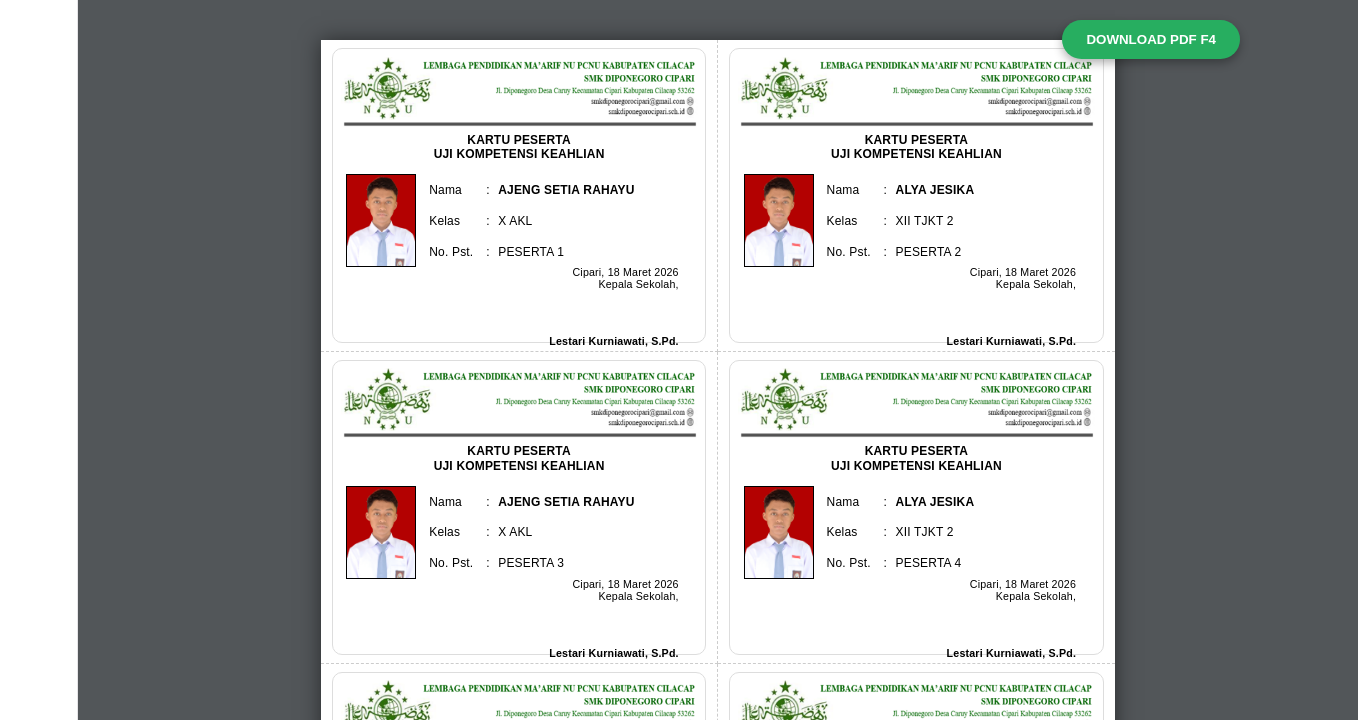
Repository: UsmanAzizz/generator-kartu-tes
Page: /
An editor plug-in stored every save of this project. The page is shown before and after the next save, followed by the edit.
The browser window is 1280 px wide. The page is 1358 px wide, then 1280 px, so the pictures cover 1358 px, including what lies to the right of the window. The pictures show the whole page.
An inner scrolling area shows only its first screen. The project was rebuilt for these pictures with package versions that can differ from the ones it lists, and the page was loaded fresh each time. Also part of the build but not shown: vite.config.js.

Above is the page before, as saved 2026-03-18 16:32:09.

### index.html
<!doctype html>
<html lang="en">
  <head>
    <meta charset="UTF-8" />
    <link rel="icon" type="image/svg+xml" href="/favicon.svg" />
    <meta name="viewport" content="width=device-width, initial-scale=1.0" />
    <title>generator-kartu</title>
  </head>
  <body>
    <div id="root"></div>
    <script type="module" src="/src/main.jsx"></script>
  </body>
</html>

### src/index.css
:root {
  --text: #6b6375;
  --text-h: #08060d;
  --bg: #fff;
  --border: #e5e4e7;
  --code-bg: #f4f3ec;
  --accent: #aa3bff;
  --accent-bg: rgba(170, 59, 255, 0.1);
  --accent-border: rgba(170, 59, 255, 0.5);
  --social-bg: rgba(244, 243, 236, 0.5);
  --shadow:
    rgba(0, 0, 0, 0.1) 0 10px 15px -3px, rgba(0, 0, 0, 0.05) 0 4px 6px -2px;

  --sans: system-ui, 'Segoe UI', Roboto, sans-serif;
  --heading: system-ui, 'Segoe UI', Roboto, sans-serif;
  --mono: ui-monospace, Consolas, monospace;

  font: 18px/145% var(--sans);
  letter-spacing: 0.18px;
  color-scheme: light dark;
  color: var(--text);
  background: var(--bg);
  font-synthesis: none;
  text-rendering: optimizeLegibility;
  -webkit-font-smoothing: antialiased;
  -moz-osx-font-smoothing: grayscale;

  @media (max-width: 1024px) {
    font-size: 16px;
  }
}

@media (prefers-color-scheme: dark) {
  :root {
    --text: #9ca3af;
    --text-h: #f3f4f6;
    --bg: #16171d;
    --border: #2e303a;
    --code-bg: #1f2028;
    --accent: #c084fc;
    --accent-bg: rgba(192, 132, 252, 0.15);
    --accent-border: rgba(192, 132, 252, 0.5);
    --social-bg: rgba(47, 48, 58, 0.5);
    --shadow:
      rgba(0, 0, 0, 0.4) 0 10px 15px -3px, rgba(0, 0, 0, 0.25) 0 4px 6px -2px;
  }

  #social .button-icon {
    filter: invert(1) brightness(2);
  }
}

body {
  margin: 0;
}

#root {
  width: 1126px;
  max-width: 100%;
  margin: 0 auto;
  text-align: center;
  border-inline: 1px solid var(--border);
  min-height: 100svh;
  display: flex;
  flex-direction: column;
  box-sizing: border-box;
}

h1,
h2 {
  font-family: var(--heading);
  font-weight: 500;
  color: var(--text-h);
}

h1 {
  font-size: 56px;
  letter-spacing: -1.68px;
  margin: 32px 0;
  @media (max-width: 1024px) {
    font-size: 36px;
    margin: 20px 0;
  }
}
h2 {
  font-size: 24px;
  line-height: 118%;
  letter-spacing: -0.24px;
  margin: 0 0 8px;
  @media (max-width: 1024px) {
    font-size: 20px;
  }
}
p {
  margin: 0;
}

code,
.counter {
  font-family: var(--mono);
  display: inline-flex;
  border-radius: 4px;
  color: var(--text-h);
}

code {
  font-size: 15px;
  line-height: 135%;
  padding: 4px 8px;
  background: var(--code-bg);
}

### src/App.jsx
import { useState, useRef } from 'react';
import jsPDF from 'jspdf';
import html2canvas from 'html2canvas';

// Pastikan file ini ada di folder src Anda
import kopImage from './image.png';
import dummyFoto from './aji.jpg';

function App() {
  const [students] = useState(Array.from({ length: 16 }, (_, i) => ({
    id: i + 1,
    nama: i % 2 === 0 ? "AJENG SETIA RAHAYU" : "ALYA JESIKA",
    kelas: i % 2 === 0 ? "X AKL" : "XII TJKT 2",
    username: `PESERTA ${i + 1}`,
    noPst: `2025/UKK/${100 + i}`,
    foto: dummyFoto
  })));

  const contentRef = useRef(null);

  const downloadPDF = async () => {
    const element = contentRef.current;
    // Ukuran F4 dalam mm: 210 x 330
    const pdf = new jsPDF('p', 'mm', [210, 330]);

    const pages = element.querySelectorAll('.page-break');

    for (let i = 0; i < pages.length; i++) {
      const canvas = await html2canvas(pages[i], {
        scale: 3,
        useCORS: true,
        logging: false
      });
      const imgData = canvas.toDataURL('image/png');
      if (i > 0) pdf.addPage('p', 'mm', [210, 330]);
      pdf.addImage(imgData, 'PNG', 0, 0, 210, 330);
    }
    pdf.save("kartu-peserta-ukk-f4.pdf");
  };

  const styles = {
    // Wrapper dikunci agar tidak ada scroll body
    wrapper: {
      backgroundColor: '#525659',
      height: '100vh',
      width: '100vw',
      fontFamily: 'Arial, sans-serif',
      overflow: 'hidden', // Menghilangkan scrollbar utama
      display: 'flex',
      flexDirection: 'column'
    },
    // Area scroll internal agar user bisa melihat kartu tanpa scrollbar browser
    scrollContainer: {
      flex: 1,
      overflowY: 'auto', // Scroll hanya di sini
      padding: '40px 0'
    },
    page: {
      width: '210mm',
      height: '330mm',
      backgroundColor: 'white',
      margin: '0 auto 40px auto',
      display: 'grid',
      gridTemplateColumns: 'repeat(2, 1fr)',
      gridTemplateRows: 'repeat(4, 1fr)',
      boxSizing: 'border-box',
      boxShadow: '0 0 20px rgba(0,0,0,0.5)',
      overflow: 'hidden',
    },
    cardSlot: (index) => ({
      display: 'flex',
      alignItems: 'center',
      justifyContent: 'center',
      boxSizing: 'border-box',
      height: '100%',
      width: '100%',
      // Garis putus-putus bantu potong
      borderRight: (index % 2 === 0) ? '0.5mm dashed #ccc' : 'none',
      borderBottom: (index < 6) ? '0.5mm dashed #ccc' : 'none',
    }),
    card: {
      width: '99mm',
      height: '78mm',
      backgroundColor: 'white',
      border: '1px solid #ddd',
      borderRadius: '10px',
      padding: '2mm',
      boxSizing: 'border-box',
      display: 'flex',
      flexDirection: 'column',
      position: 'relative',
    },
    headerKop: { width: '100%', height: '70px', marginBottom: '6px' },
    titleSection: { textAlign: 'center', marginBottom: '8px' },
    titleText: { fontSize: '9pt', fontWeight: 'bold', margin: '0', lineHeight: '1.2', color: '#000' },
    mainContent: { display: 'flex', gap: '12px', marginTop: '5px' },
    fotoWrapper: {
      width: '18mm',
      height: '24mm',
      flexShrink: 0,
      border: '1px solid #000',
      overflow: 'hidden',
      marginLeft: '1.5mm'
    },
    infoTable: {
      fontSize: '9pt',
      width: '100%',
      textAlign: 'left',
      borderCollapse: 'collapse',
      color: '#000'
    },
    footerArea: {
      marginTop: 'auto',
      textAlign: 'right',
      paddingRight: '5mm',
      fontSize: '8pt',
      lineHeight: '1.1',
      color: '#000'
    },
    signature: { fontWeight: 'bold', marginTop: '12mm' },
    btnDownload: {
      position: 'fixed', top: '20px', right: '40px', padding: '12px 24px',
      backgroundColor: '#27ae60', color: 'white', border: 'none', borderRadius: '30px',
      cursor: 'pointer', fontWeight: 'bold', zIndex: 1000, boxShadow: '0 4px 10px rgba(0,0,0,0.3)'
    }
  };

  const chunkData = (arr, size) => {
    return Array.from({ length: Math.ceil(arr.length / size) }, (v, i) =>
      arr.slice(i * size, i * size + size)
    );
  };

  const pages = chunkData(students, 8); // 8 kartu per halaman F4 (2x4)

  return (
    <div style={styles.wrapper}>
      <button style={styles.btnDownload} onClick={downloadPDF}>
        DOWNLOAD PDF F4
      </button>

      <div style={styles.scrollContainer}>
        <div ref={contentRef}>
          {pages.map((pageStudents, pageIdx) => (
            <div key={pageIdx} className="page-break" style={styles.page}>
              {pageStudents.map((std, index) => (
                <div key={std.id} style={styles.cardSlot(index)}>
                  <div style={styles.card}>
                    <img src={kopImage} alt="KOP" style={styles.headerKop} />

                    <div style={styles.titleSection}>
                      <p style={styles.titleText}>KARTU PESERTA</p>
                      <p style={styles.titleText}>UJI KOMPETENSI KEAHLIAN</p>
                    </div>

                    <div style={styles.mainContent}>
                      <div style={styles.fotoWrapper}>
                        <img
                          src={std.foto}
                          alt="User"
                          style={{width: '100%', height: '100%', objectFit: 'cover'}}
                        />
                      </div>
                      <table style={styles.infoTable}>
                        <tbody>
                          <tr><td width="55">Nama</td><td width="10">:</td><td><strong>{std.nama}</strong></td></tr>
                          <tr><td>Kelas</td><td>:</td><td>{std.kelas}</td></tr>
                          <tr><td>No. Pst.</td><td>:</td><td>{std.username}</td></tr>
                        </tbody>
                      </table>
                    </div>

                    <div style={styles.footerArea}>
                      <div>Cipari, 18 Maret 2026</div>
                      <div>Kepala Sekolah,</div>
                      <div style={styles.signature}>Lestari Kurniawati, S.Pd.</div>
                    </div>
                  </div>
                </div>
              ))}
            </div>
          ))}
        </div>
      </div>
    </div>
  );
}

export default App;

Loaded but not shown: src/main.jsx (common file)

After the next save:
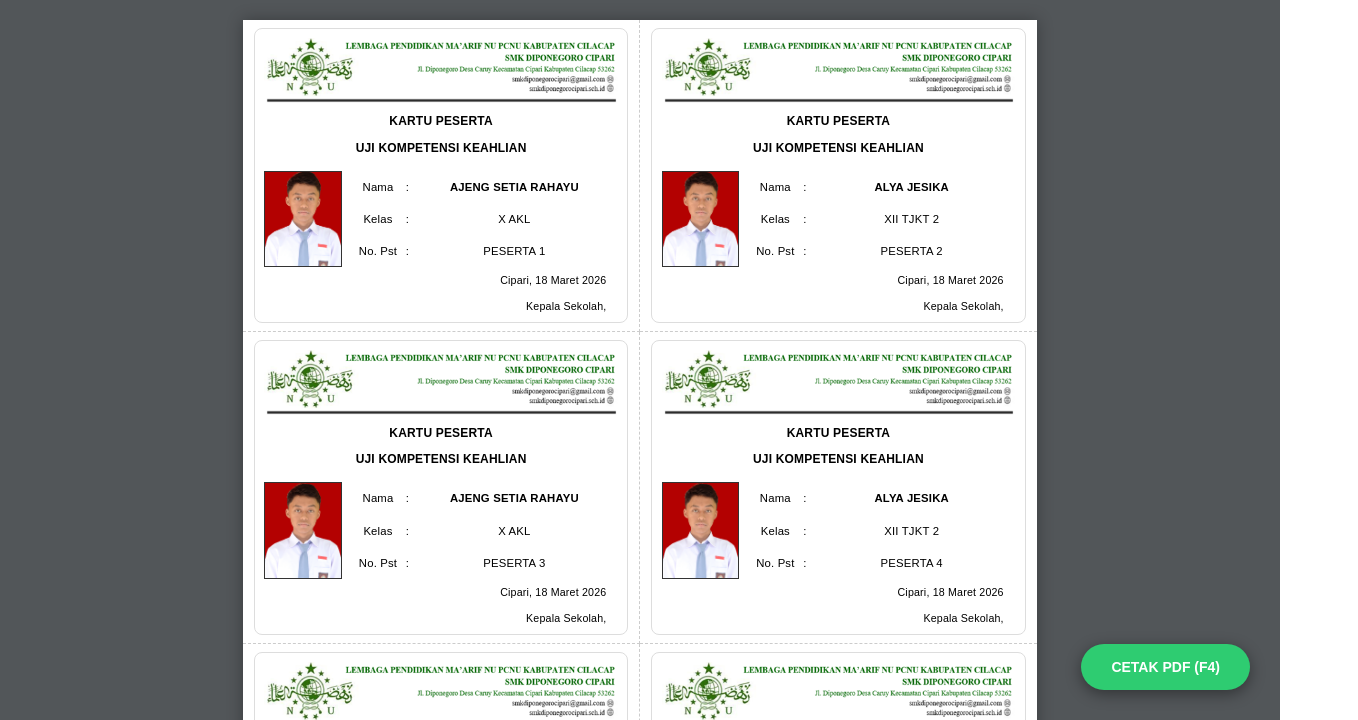
Saved 46 s later.
--- a/src/App.jsx
+++ b/src/App.jsx
@@ -1,8 +1,7 @@
-import { useState, useRef } from 'react';
+import { useState, useRef, useEffect } from 'react';
 import jsPDF from 'jspdf';
 import html2canvas from 'html2canvas';
 
-// Pastikan file ini ada di folder src Anda
 import kopImage from './image.png';
 import dummyFoto from './aji.jpg';
 
@@ -18,16 +17,22 @@
 
   const contentRef = useRef(null);
 
+  // Efek untuk mengunci scroll pada level browser (body/html)
+  useEffect(() => {
+    document.body.style.overflow = 'hidden';
+    return () => {
+      document.body.style.overflow = 'auto';
+    };
+  }, []);
+
   const downloadPDF = async () => {
     const element = contentRef.current;
-    // Ukuran F4 dalam mm: 210 x 330
     const pdf = new jsPDF('p', 'mm', [210, 330]);
-
     const pages = element.querySelectorAll('.page-break');
 
     for (let i = 0; i < pages.length; i++) {
       const canvas = await html2canvas(pages[i], {
-        scale: 3,
+        scale: 2, // Scale 2 cukup untuk cetak tajam & hemat memori
         useCORS: true,
         logging: false
       });
@@ -39,42 +44,47 @@
   };
 
   const styles = {
-    // Wrapper dikunci agar tidak ada scroll body
+    // Wrapper utama: Menutupi seluruh layar tanpa ampun
     wrapper: {
+      position: 'fixed',
+      top: 0,
+      left: 0,
+      width: '100vw',
+      height: '100vh',
       backgroundColor: '#525659',
-      height: '100vh',
-      width: '100vw',
       fontFamily: 'Arial, sans-serif',
-      overflow: 'hidden', // Menghilangkan scrollbar utama
+      overflow: 'hidden', // Matikan scroll luar
       display: 'flex',
       flexDirection: 'column'
     },
-    // Area scroll internal agar user bisa melihat kartu tanpa scrollbar browser
-    scrollContainer: {
+    // Area ini adalah SATU-SATUNYA tempat scroll yang diizinkan
+    mainViewer: {
       flex: 1,
-      overflowY: 'auto', // Scroll hanya di sini
-      padding: '40px 0'
+      overflowY: 'auto', // Hanya ada satu scrollbar di sini
+      padding: '20px 0',
+      display: 'flex',
+      flexDirection: 'column',
+      alignItems: 'center'
     },
     page: {
       width: '210mm',
       height: '330mm',
       backgroundColor: 'white',
-      margin: '0 auto 40px auto',
+      marginBottom: '40px',
       display: 'grid',
       gridTemplateColumns: 'repeat(2, 1fr)',
       gridTemplateRows: 'repeat(4, 1fr)',
       boxSizing: 'border-box',
-      boxShadow: '0 0 20px rgba(0,0,0,0.5)',
+      boxShadow: '0 0 15px rgba(0,0,0,0.3)',
+      // Hilangkan overflow agar tidak ada scroll kecil di dalam halaman
       overflow: 'hidden',
+      flexShrink: 0 // Cegah flexbox mengecilkan halaman
     },
     cardSlot: (index) => ({
       display: 'flex',
       alignItems: 'center',
       justifyContent: 'center',
       boxSizing: 'border-box',
-      height: '100%',
-      width: '100%',
-      // Garis putus-putus bantu potong
       borderRight: (index % 2 === 0) ? '0.5mm dashed #ccc' : 'none',
       borderBottom: (index < 6) ? '0.5mm dashed #ccc' : 'none',
     }),
@@ -83,45 +93,50 @@
       height: '78mm',
       backgroundColor: 'white',
       border: '1px solid #ddd',
-      borderRadius: '10px',
-      padding: '2mm',
+      borderRadius: '8px',
+      padding: '2.5mm',
       boxSizing: 'border-box',
       display: 'flex',
       flexDirection: 'column',
-      position: 'relative',
-    },
-    headerKop: { width: '100%', height: '70px', marginBottom: '6px' },
-    titleSection: { textAlign: 'center', marginBottom: '8px' },
-    titleText: { fontSize: '9pt', fontWeight: 'bold', margin: '0', lineHeight: '1.2', color: '#000' },
-    mainContent: { display: 'flex', gap: '12px', marginTop: '5px' },
+    },
+    headerKop: { width: '100%', height: 'auto', maxHeight: '65px', marginBottom: '5px' },
+    titleSection: { textAlign: 'center', marginBottom: '5px' },
+    titleText: { fontSize: '9pt', fontWeight: 'bold', margin: '0', color: '#000' },
+    mainContent: { display: 'flex', gap: '10px', marginTop: '5px' },
     fotoWrapper: {
-      width: '18mm',
-      height: '24mm',
+      width: '20mm',
+      height: '25mm',
+      border: '1px solid #333',
       flexShrink: 0,
-      border: '1px solid #000',
-      overflow: 'hidden',
-      marginLeft: '1.5mm'
     },
     infoTable: {
-      fontSize: '9pt',
+      fontSize: '8.5pt',
       width: '100%',
-      textAlign: 'left',
-      borderCollapse: 'collapse',
-      color: '#000'
+      color: '#000',
+      borderCollapse: 'collapse'
     },
     footerArea: {
       marginTop: 'auto',
       textAlign: 'right',
-      paddingRight: '5mm',
       fontSize: '8pt',
-      lineHeight: '1.1',
-      color: '#000'
-    },
-    signature: { fontWeight: 'bold', marginTop: '12mm' },
+      color: '#000',
+      paddingRight: '3mm'
+    },
+    signature: { fontWeight: 'bold', marginTop: '10mm' },
     btnDownload: {
-      position: 'fixed', top: '20px', right: '40px', padding: '12px 24px',
-      backgroundColor: '#27ae60', color: 'white', border: 'none', borderRadius: '30px',
-      cursor: 'pointer', fontWeight: 'bold', zIndex: 1000, boxShadow: '0 4px 10px rgba(0,0,0,0.3)'
+      position: 'fixed',
+      bottom: '30px',
+      right: '30px',
+      padding: '15px 30px',
+      backgroundColor: '#2ecc71',
+      color: 'white',
+      border: 'none',
+      borderRadius: '50px',
+      cursor: 'pointer',
+      fontWeight: 'bold',
+      zIndex: 2000,
+      boxShadow: '0 4px 15px rgba(0,0,0,0.4)',
+      fontSize: '14px'
     }
   };
 
@@ -131,15 +146,16 @@
     );
   };
 
-  const pages = chunkData(students, 8); // 8 kartu per halaman F4 (2x4)
+  const pages = chunkData(students, 8);
 
   return (
     <div style={styles.wrapper}>
       <button style={styles.btnDownload} onClick={downloadPDF}>
-        DOWNLOAD PDF F4
+        CETAK PDF (F4)
       </button>
 
-      <div style={styles.scrollContainer}>
+      {/* Main Viewer hanya satu scrollbar di sini */}
+      <div style={styles.mainViewer}>
         <div ref={contentRef}>
           {pages.map((pageStudents, pageIdx) => (
             <div key={pageIdx} className="page-break" style={styles.page}>
@@ -163,9 +179,18 @@
                       </div>
                       <table style={styles.infoTable}>
                         <tbody>
-                          <tr><td width="55">Nama</td><td width="10">:</td><td><strong>{std.nama}</strong></td></tr>
-                          <tr><td>Kelas</td><td>:</td><td>{std.kelas}</td></tr>
-                          <tr><td>No. Pst.</td><td>:</td><td>{std.username}</td></tr>
+                          <tr style={{height: '20px'}}>
+                            <td width="50">Nama</td><td width="5">:</td>
+                            <td style={{fontWeight: 'bold'}}>{std.nama}</td>
+                          </tr>
+                          <tr style={{height: '20px'}}>
+                            <td>Kelas</td><td>:</td>
+                            <td>{std.kelas}</td>
+                          </tr>
+                          <tr style={{height: '20px'}}>
+                            <td>No. Pst</td><td>:</td>
+                            <td>{std.username}</td>
+                          </tr>
                         </tbody>
                       </table>
                     </div>
